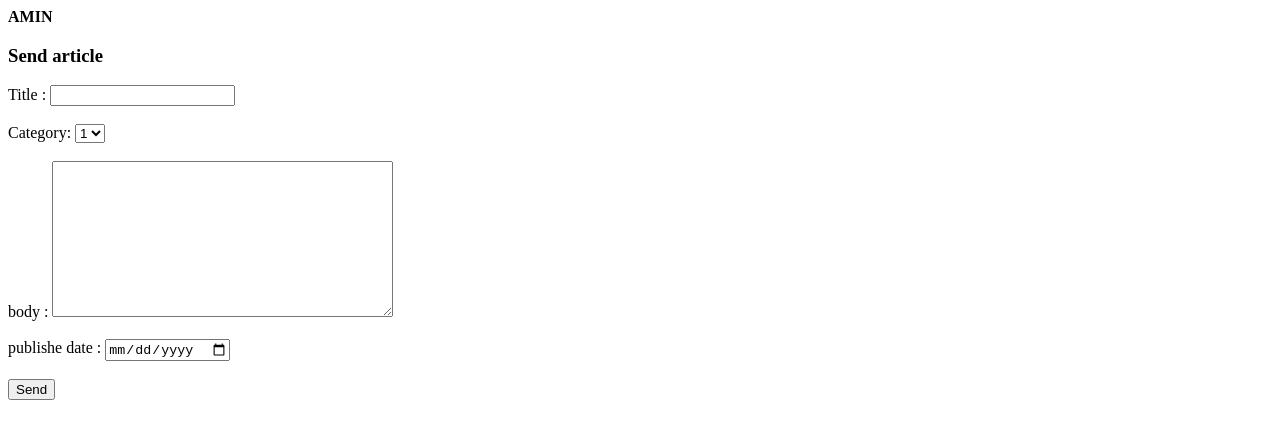
Repository: aminsheikhan/amins-github
Page: index.html
These files come from the project's save history. The page is drawn as it stood at one moment and after a run of saves; the edit follows.
The browser window is 1280 px wide. The pictures show the whole page.

Above is the page before, as saved 2025-12-10 13:08:30.

### index.html
<!DOCTYPE html>
<html>
    <head>
        <title>DK compani</title>

    </head>

    <body>

        <!-- <h1>hello</h1>
        <hr>
        <p>My name <br> is -------> <strong>AMIN</strong> </p>
        <!-- <img src="https://encrypted-tbn0.gstatic.com/images?q=tbn:ANd9GcRoAjtMwTQOLTAKjz2fEtOaZiAGcB5UmJiALA&s" alt="hourseoto">
        <ol>
            <li>Item one</li>
            <li>Item two</li>
            <li>Item tree</li>
        </ol>
        <hr>
        <ul>
            <li>Item 1</li>
            <li>Item 2</li>
            <li>Item 3</li>
        </ul>
        <a href="https://www.dieselkhodro.com/" target="_blank">Go to us Site</a> -->

        <!-- <table>
            <thead>
                <tr>
                    <th>head 1</th>
                    <th>head 2</th>
                    <th>head 3</th>
                </tr>
            </thead>

            <tbody>

                <tr>
                    <td>data 1</td>
                    <td>data 2</td>
                    <td> </td>
                </tr>

            </tbody>
        </table> -->

        <!-- <h2>Roocket Video</h2>
        <p>Lorem ipsum dolor sit amet consectetur, adipisicing elit. Sapiente dolores temporibus numquam rem voluptatem ipsum molestias id quasi nulla eius tempora deleniti maiores ratione et recusandae laboriosam rerum, sint officia.</p>
        <video controls width="720" height="350" poster="https://www.dieselkhodro.com/static/main_images/logo-blue.png">
            <source src="./vidio/141_python-141.mp4">
            Your Browser does not support
        </video>

        <hr>

        <h2>Roocket audio </h2>
        <p>Lorem ipsum dolor, sit amet consectetur adipisicing elit. Explicabo commodi dicta unde eum rerum esse beatae sequi saepe animi, sed voluptatum? Eos doloribus dolorum qui excepturi placeat quia est quae.</p>
        <audio controls>
            <source src="./vidio/Bogzar Ey Ashena - Ejraye Goruhi.mp3">

        </audio> -->

        <h3>Send article </h3>
        <form action="#">
            <label>Title :</label>
            <input type="" name="title">
            <br><br>

            <label>Category:</label>
            <select name="category">
                <option value="1">1</option>
                <option value="2">2</option>
                <option value="3">3</option>
            </select>
            <br><br>

            <label>body :</label>
            <textarea name="body" cols="40" rows="10"></textarea>
            <br><br>

            <label> publishe date :</label>
            <input type="date" name="publishe_at">
            <br><br>

            <label></label>


            <button type="submit">Send</button>

            <label for=""></label>


        </form>


    </body>





</html>

After the next 7 saves:
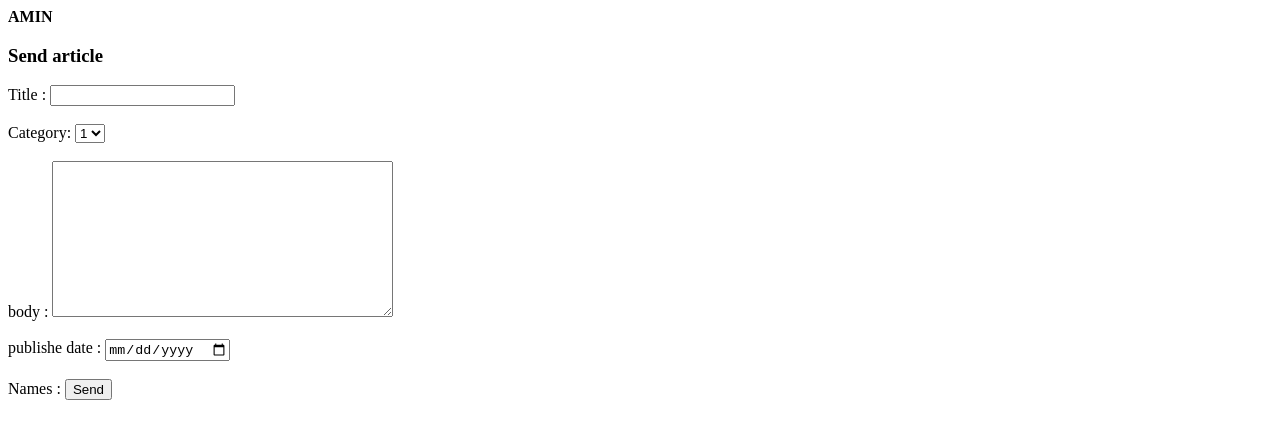
The 7 saves are shown as one change because they came seconds apart.
The last was saved 15 s later.
--- a/index.html
+++ b/index.html
@@ -82,7 +82,7 @@
             <input type="date" name="publishe_at">
             <br><br>
 
-            <label></label>
+            <label>Names : </label>
 
 
             <button type="submit">Send</button>
